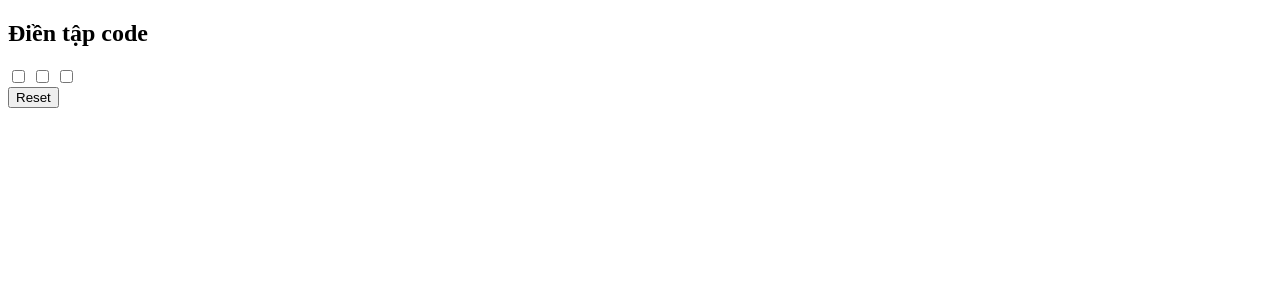
Repository: thanhdien235/matching-game
Page: matching-game/index.html
The author's editor kept a copy of each file at every save. The page is drawn from the files as they stood at one save, then again after the next save.
The browser window is 1280 px wide. The pictures show the whole page.

Above is the page before, as saved 2022-10-09 20:44:24.

After the next save:
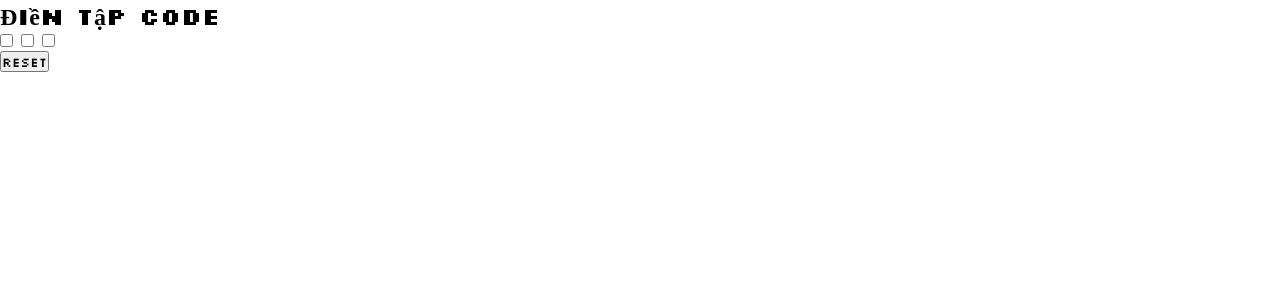
Saved 48 s later.
--- a/matching-game/main.css
+++ b/matching-game/main.css
@@ -1 +1,7 @@
 @import url("https://fonts.googleapis.com/css2?family=Silkscreen:wght@400;700&display=swap");
+* {
+  padding: 0;
+  margin: 0;
+  box-sizing: border-box;
+  font-family: "Silkscreen", cursive;
+}
